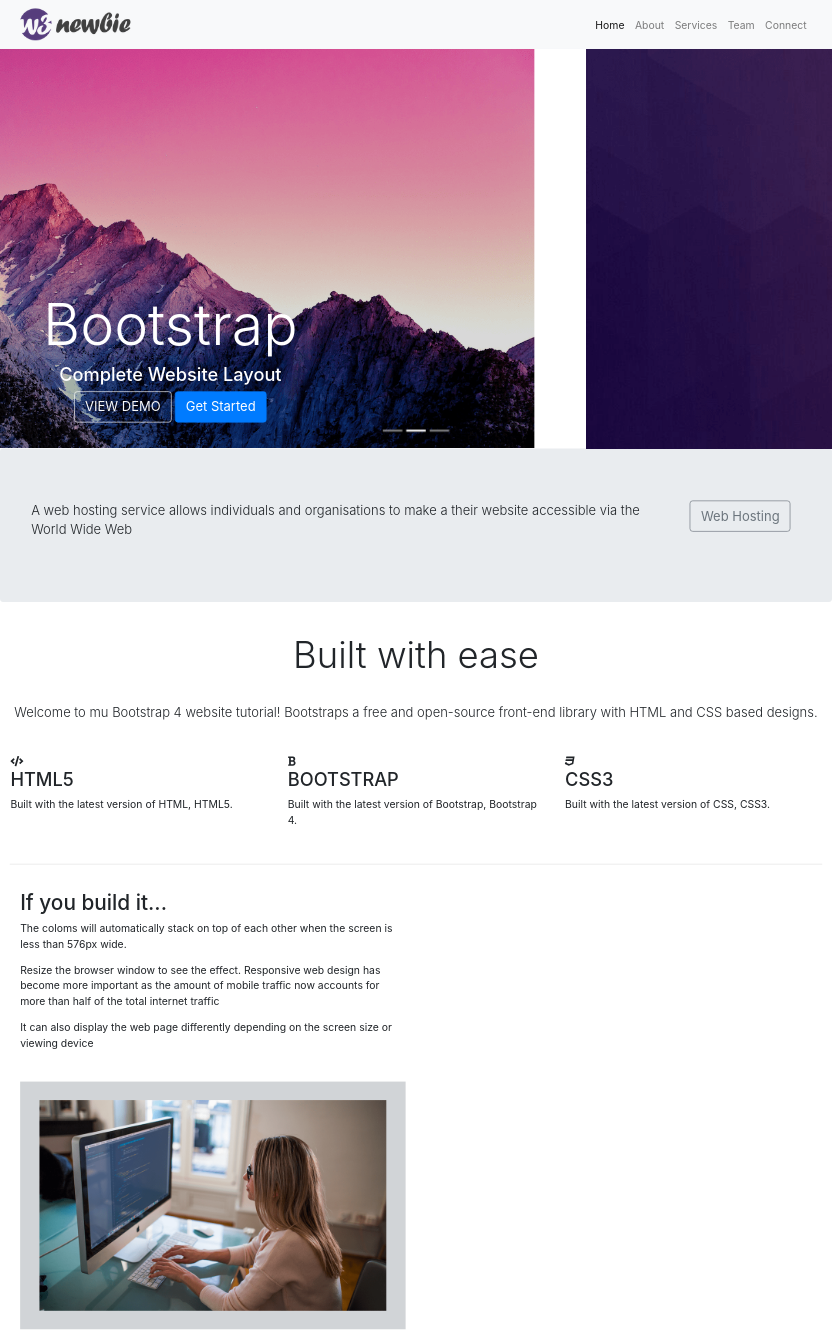
Repository: rkyankya/Bootstrap-1
Page: index.html
An editor plug-in stored every save of this project. The page is shown before and after the next save, followed by the edit.
The browser window is 1280 px wide. The pictures show the whole page, at 65% of full size.
Some web libraries are served in a nearby version.

Above is the page before, as saved 2019-12-15 18:21:30.

After the next save:
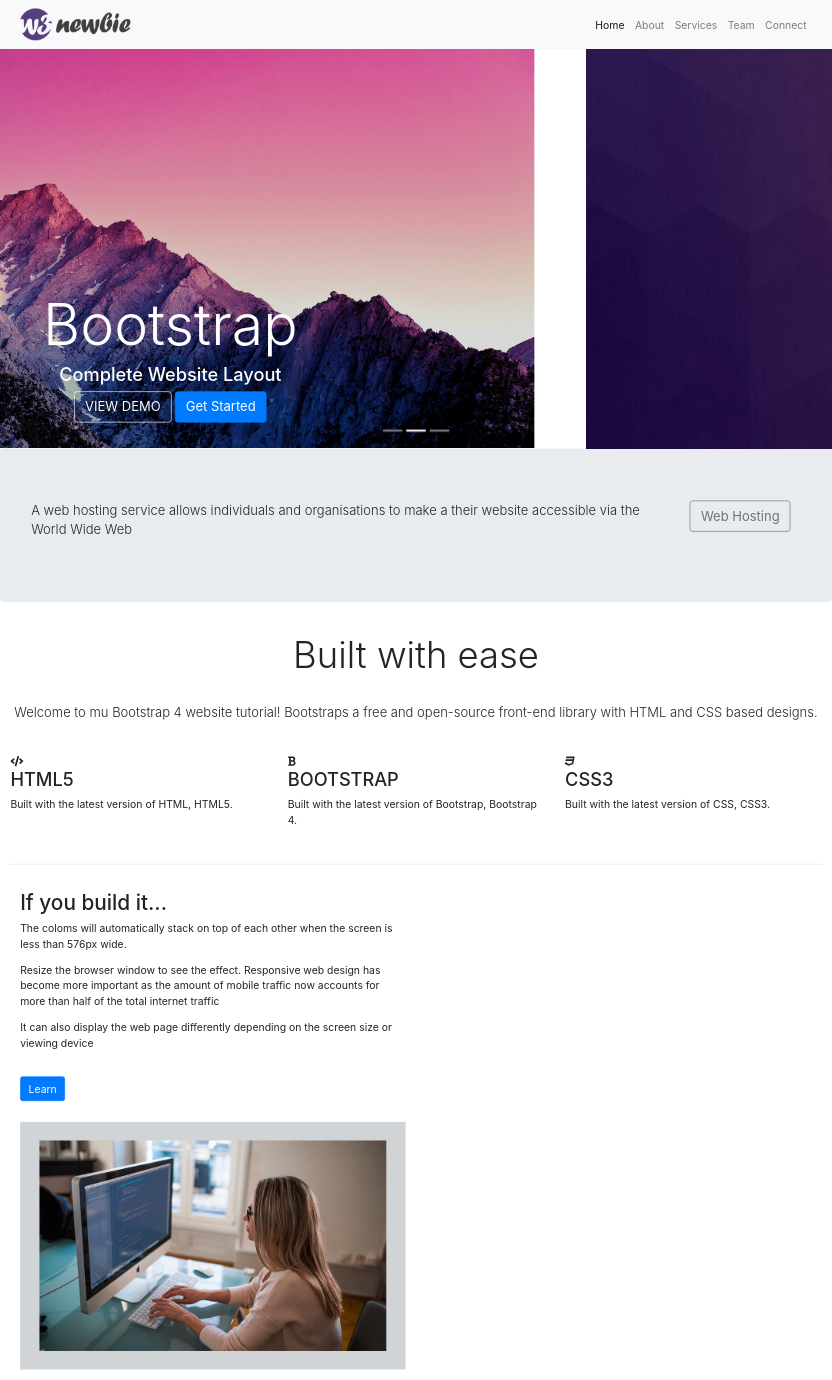
Saved 2 min 12 s later.
--- a/index.html
+++ b/index.html
@@ -130,6 +130,8 @@
                 <p>The coloms will automatically stack on top of each other when the screen is less than 576px wide.</p>
                 <p>Resize the browser window to see the effect. Responsive web design has become more important as the amount of mobile traffic now accounts for more than half of the total internet traffic</p>
                 <p>It can also display the web page differently depending on the screen size or viewing device</p>
+                <br>
+                <a href="#" class="btn btn-primary">Learn</a>
             </div>
             <div class="col-lg-6">
                 <img src="img/desk.png" class="img-fluid" alt="#">
